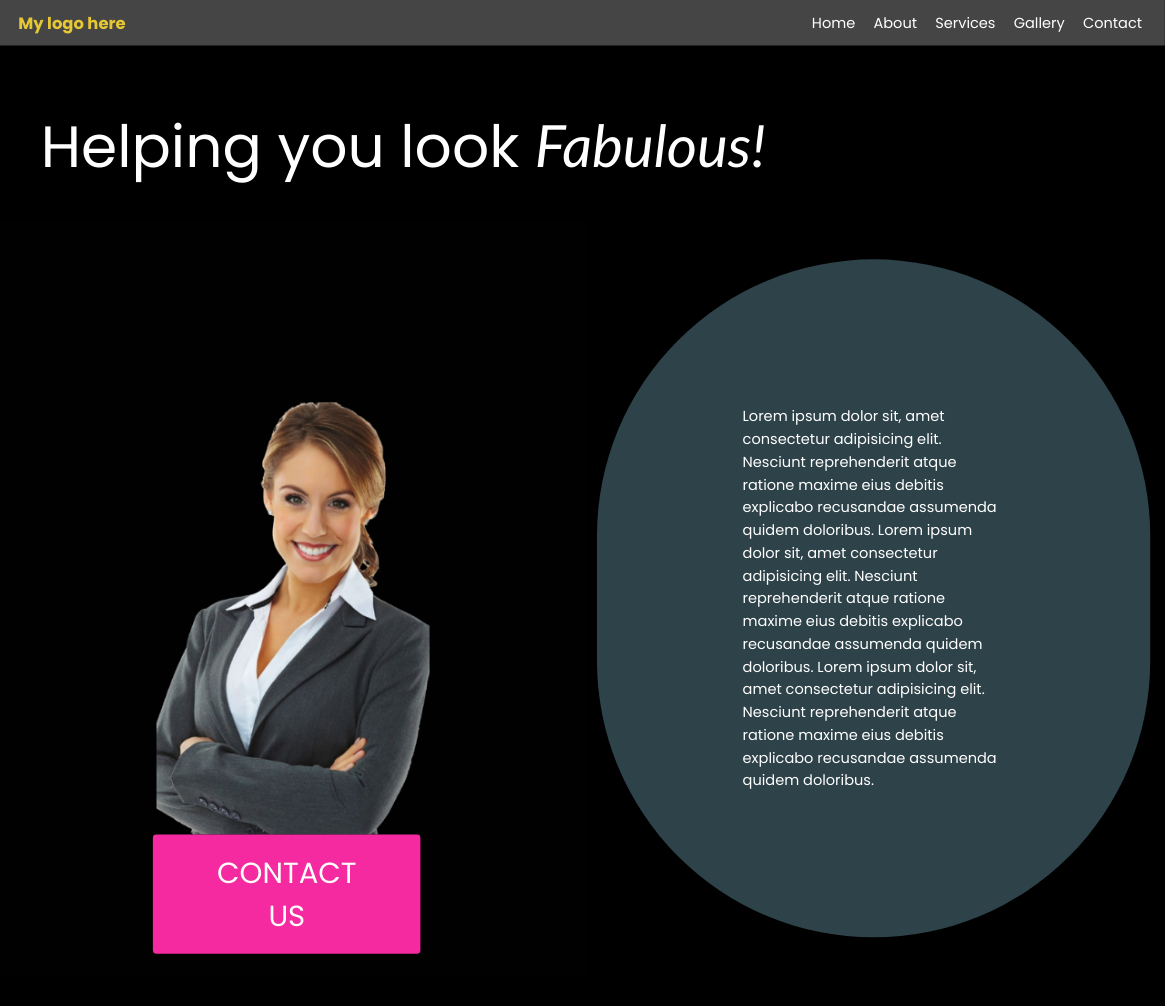
Repository: buzzedison/gardens
Page: index.html
The author's editor kept a copy of each file at every save. The page is drawn from the files as they stood at one save, then again after the next save.
The browser window is 1280 px wide. The pictures show the whole page, at 91% of full size.

Above is the page before, as saved 2022-01-12 20:26:48.

### index.html
<!DOCTYPE html>
<html lang="en">
<head>
    <meta charset="UTF-8">
    <meta http-equiv="X-UA-Compatible" content="IE=edge">
    <meta name="viewport" content="width=device-width, initial-scale=1.0">
    <title>B</title>
    <script src="index.js" defer></script>
    <link rel="stylesheet" href="/css/styles.css">
</head>
<body>
    <div>

        <Header>
            <div id="logo"> <a href="/">My logo here</a></div>
            <nav>
<ul>
    <li> <a href="/"> Home</a></li>
    <li> <a href="/"> About</a></li>
    <li> <a href="/"> Services</a></li>
    <li> <a href="/"> Gallery</a></li>
    <li> <a href="/">  Contact</a></li>
</ul>

 </nav>
            <!-- Mobile version -->
            <div id="mobile-icon" onclick="toggleMobileMenu(this)">
                <div class="bar1"></div>
                <div class="bar2"></div>
                <div class="bar3"></div>
                <ul class="mobile-menu">
                  <li><a href="/">Home</a></li>
                  <li><a href="/">About</a></li>
                  <li><a href="/">Services</a></li>
                  <li><a href="/">Gallery</a></li>
                  <li><a href="/">Contact</a></li>

                </ul>
              </div>
        </Header>
        <main class="container">
            <section1>
                <p class="section-title">Helping you look  <span id="fab">Fabulous!</span></p>
                <div class="grid">
                    <div class="grida">
                        <p class="text-grid"><img class ="img" src="images/woman.png">
                            <br/>
                            <a href="/" class="button"> CONTACT US </a>

                    </div>

                    <div class="gridb">
                        <div class="inside">
                        <p class="text-grid">
                        Lorem ipsum dolor sit, amet consectetur adipisicing elit.
                        Nesciunt reprehenderit atque ratione maxime eius
                        debitis explicabo recusandae assumenda quidem doloribus.
                        Lorem ipsum dolor sit, amet consectetur adipisicing elit.
                        Nesciunt reprehenderit atque ratione maxime eius
                        debitis explicabo recusandae assumenda quidem doloribus.
                        Lorem ipsum dolor sit, amet consectetur adipisicing elit.
                        Nesciunt reprehenderit atque ratione maxime eius
                        debitis explicabo recusandae assumenda quidem doloribus.
                    </p>
                </div>
                    </div>
                </div>
            </section1>

        </main>
    </div>
</body>
</html>

### css/styles.css
@import url("https://fonts.googleapis.com/css2?family=Poppins:wght@400;700&display=swap");

* {
  padding: 0;
  margin: 0;
  box-sizing: border-box;
}

body {
  color: black;
  font-family: "Poppins", sans-serif;
  background-color:black;
}

header a {
  text-decoration: none;
}

header {
  padding: 0 20px;
  background-color: #444544;
  height: 50px;
  display: flex;
  justify-content: space-between;
}

#logo {
  font-weight: bold;
  font-size: 18px;
  display: flex;
  align-items: center;
}

#logo a {
  color: #e6c834;
}

ul {
  list-style: none;
  height: 100%;
  display: flex;
  align-items: center;
  justify-content: space-around;
}

ul a {
  color: white;
}

ul li {
  padding: 5px;
  margin-left: 10px;
}

ul li:hover {
  transform: scale(1.1);
  transition: 0.3s;
}




#mobile-icon {
  margin: auto 0;
  display: none;
  cursor: pointer;
}

#mobile-icon div {
  width: 35px;
  height: 3px;
  background-color: white;

  margin: 6px 0;
  transition: 0.4s;
}

.open .bar1 {
  -webkit-transform: rotate(-45deg) translate(-6px, 6px);
  transform: rotate(-45deg) translate(-6px, 6px);
}

.open .bar2 {
  opacity: 0;
}

.open .bar3 {
  -webkit-transform: rotate(45deg) translate(-6px, -8px);
  transform: rotate(45deg) translate(-6px, -8px);
}

.open .mobile-menu {
  display: flex;
  flex-direction: column;
  align-items: center;
  justify-content: flex-start;
}

.mobile-menu {
  display: none;
  position: absolute;
  top: 50px;
  left: 0;
  height: calc(100vh - 50px);
  width: 100%;

}

.mobile-menu li {
  margin-bottom: 10px;

}

@media only screen and (max-width: 600px) {
  header nav {
    display: none;
  }

  #mobile-icon {
    display: block;
  }
}


.section-title{
  color: white;
  font-size: 4em;
  padding-top: 1em;
  padding-left: 0.7em;


}

#fab {
  font-family: 'Trebuchet MS', 'Lucida Sans Unicode', 'Lucida Grande', 'Lucida Sans', Arial, sans-serif;
  font-style: italic;
}


.grid > div{
   padding:1em;
   background-color:rgba(255, 235, 205, 0);
}

.grid > div:nth-child(odd){
  background-color:rgba(255, 248, 220, 0.003);

}

.grid{
  display:grid;
  grid-template-columns: 40% 60%;
  /* seperating columns */
  grid-column-gap: -40em;
  box-sizing: border-box;
  place-items: center;

  /* browser automatically breaks when it gets to 300px */
  grid-template-columns: repeat(auto-fit, minmax(300px, 1fr));

}

.text-grid {
  padding: 10em;
  color:white;





}

.grida{
  align-self: end;
  margin:2em;
}



/* Buttons  */

a.button{
  display:inline-block;
  padding:0.55em 2.2em;
  border:none;
  margin:0 0.3em 0.3em 0;
  border-radius:0.12em;
  box-sizing: border-box;
  text-decoration:none;
  background-color:#F62AA0;
  float:right;

  font-weight:400;
  font-size:2em;
  color:#FFFFFF;
  text-align:center;
  transition: all 0.2s;



  }

  @media only screen and (max-width: 600px){
    a.button{
      display:inline-block;
      padding:0.45em 1.8em;
      border:none;
      /* margin:0 0.1em 0.3em 0; */
      border-radius:0.12em;
      box-sizing: border-box;
      text-decoration:none;
      background-color:#F62AA0;
      float:left;

      font-weight:400;
      font-size:1.5em;
      color:#FFFFFF;
      text-align:center;
      transition: all 0.2s;
    }
  }
  a.button1:hover{
  color:#000000;
  background-color:#FFFFFF;
  }
  @media all and (max-width:30em){
  a.button1{
  display:block;
  margin:0.4em auto;

  }
  }

  .img {
    float:right;

  }


  .inside {

    width: 100%;
   height: 100%;
   background: #2E4249;
   -moz-border-radius: 70px;
   -webkit-border-radius: 70px;
   border-radius: 500px;
    transition: all 1s ease;

  }
  .inside:hover {
    background: #3b5159;
  }

Loaded but not shown: index.js (common file)

After the next save:
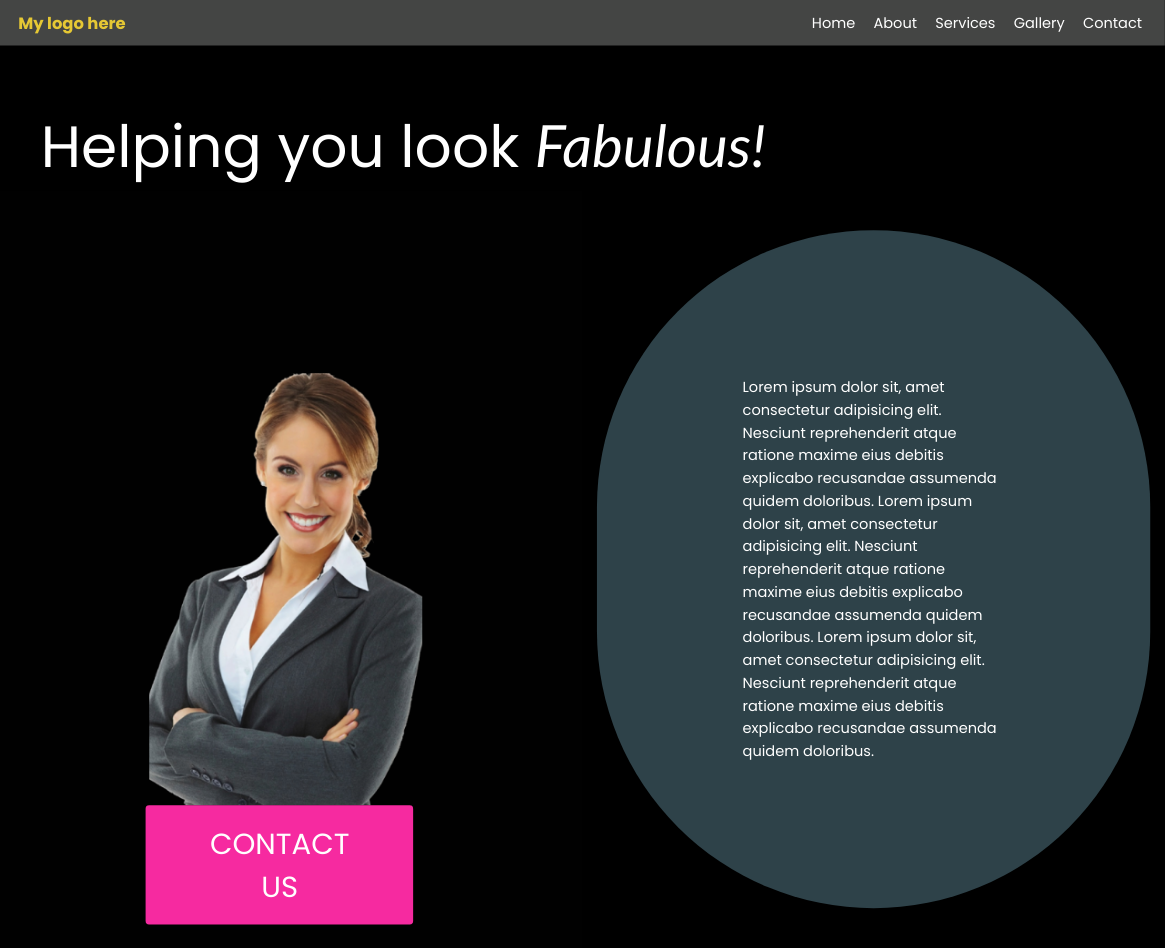
Saved 41 s later.
--- a/css/styles.css
+++ b/css/styles.css
@@ -172,7 +172,8 @@ ul li:hover {
 
 .grida{
   align-self: end;
-  margin:2em;
+  justify-self: end;
+
 }
 
 
